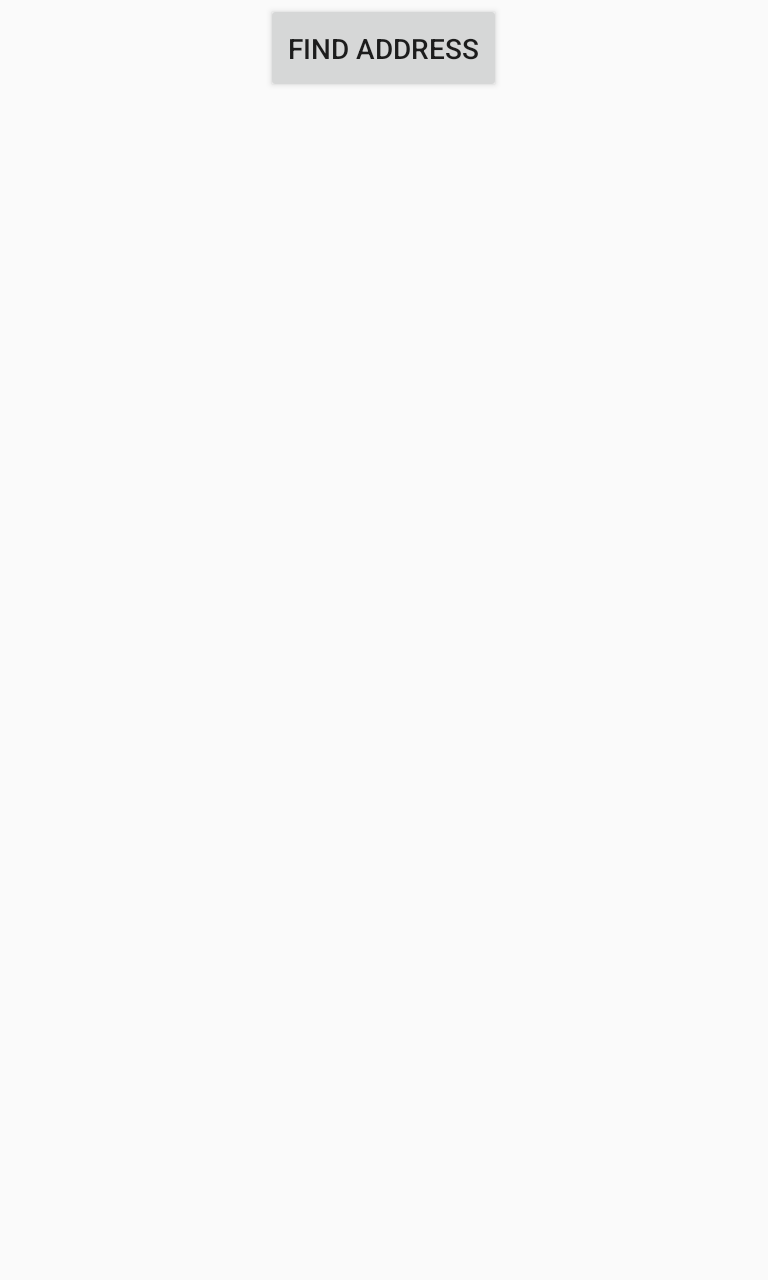
Repository: tejasnikumbh/AndroidPractice
Layout: MapLocationFromContacts/res/layout/activity_main.xml
The author's editor kept a copy of each file at every save. The layout is drawn from the files as they stood at one save, then again after the next save.
It is drawn on a 768 x 1280 px phone screen (xhdpi) without system bars, with theme AppTheme; the app's code is not run.

Above is the layout before, as saved 2014-07-02 05:52:01.

### MapLocationFromContacts/res/layout/activity_main.xml
<LinearLayout xmlns:android="http://schemas.android.com/apk/res/android"
    android:id="@+id/container"
    android:layout_width="match_parent"
    android:layout_height="match_parent"
    android:orientation="vertical">
    <Button
        android:id="@+id/map_button"
        android:layout_width="wrap_content"
        android:layout_height="wrap_content"
        android:text="@string/button_text"
        android:layout_gravity="center">

    </Button>

</LinearLayout>

### MapLocationFromContacts/res/values/strings.xml
<?xml version="1.0" encoding="utf-8"?>
<resources>

    <string name="app_name">MapLocationFromContacts</string>
    <string name="button_text">Find Address</string>
    <string name="action_settings">Settings</string>

</resources>

Loaded but not shown: MapLocationFromContacts/res/values/styles.xml (common file); MapLocationFromContacts/res/values-v11/styles.xml (common file); MapLocationFromContacts/res/values-v14/styles.xml (common file)

After the next save:
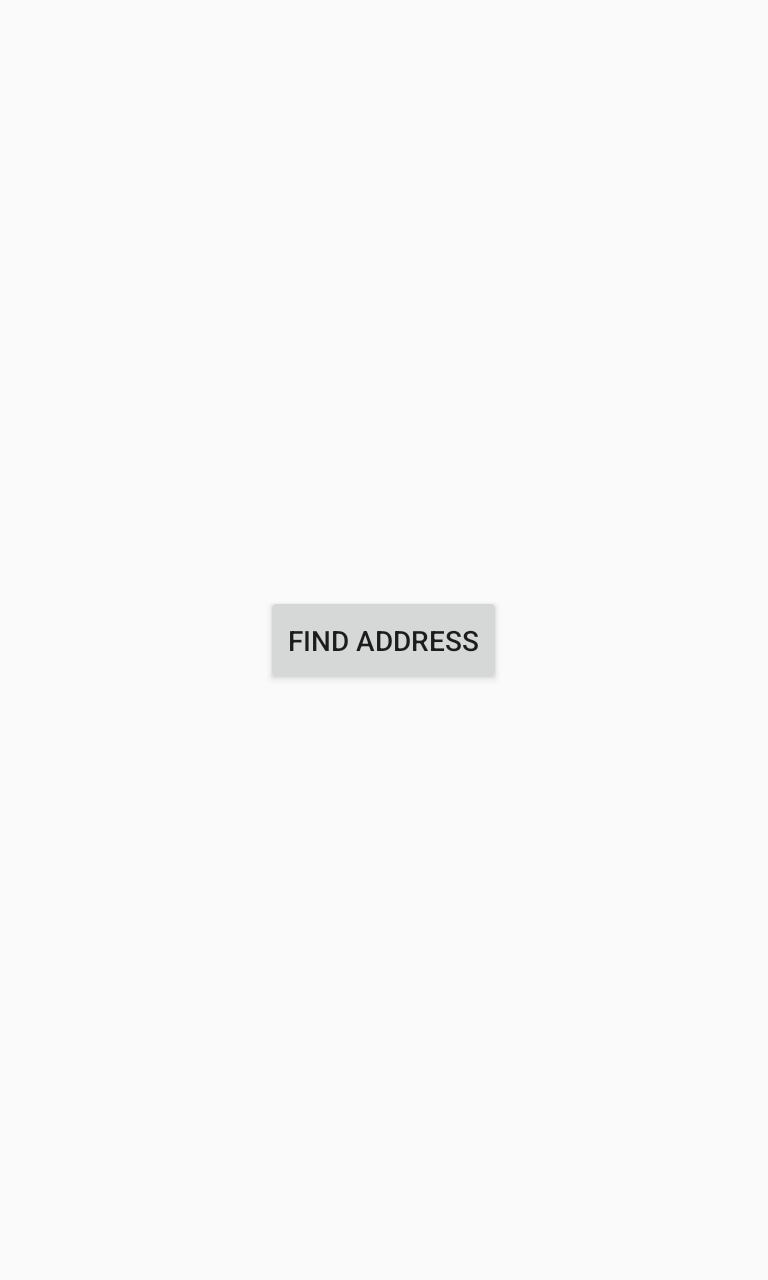
Saved 45 s later.
--- a/MapLocationFromContacts/res/layout/activity_main.xml
+++ b/MapLocationFromContacts/res/layout/activity_main.xml
@@ -1,15 +1,15 @@
-<LinearLayout xmlns:android="http://schemas.android.com/apk/res/android"
+<RelativeLayout xmlns:android="http://schemas.android.com/apk/res/android"
     android:id="@+id/container"
     android:layout_width="match_parent"
-    android:layout_height="match_parent"
-    android:orientation="vertical">
+    android:layout_height="match_parent">
     <Button
         android:id="@+id/map_button"
         android:layout_width="wrap_content"
         android:layout_height="wrap_content"
         android:text="@string/button_text"
-        android:layout_gravity="center">
+        android:layout_centerHorizontal="true"
+        android:layout_centerVertical="true">
 
     </Button>
 
-</LinearLayout>
+</RelativeLayout>
